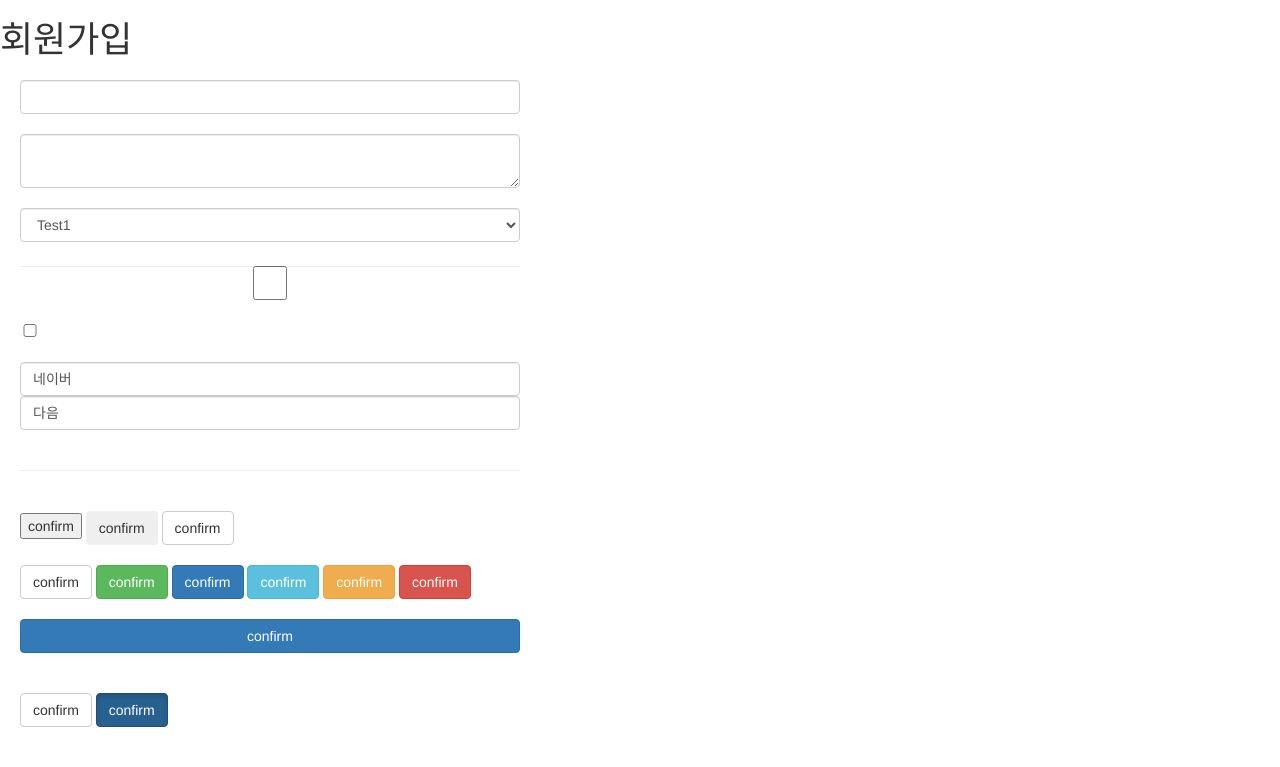
Repository: yhj4130/BootstrapStudy
Page: BootstrapWork/WebContent/BootEx03.html
These files come from the project's save history. The page is drawn as it stood at one moment and after the next save; the edit follows.
The browser window is 1280 px wide. The pictures show the whole page.

Above is the page before, as saved 2019-06-12 02:23:12.

After the next save:
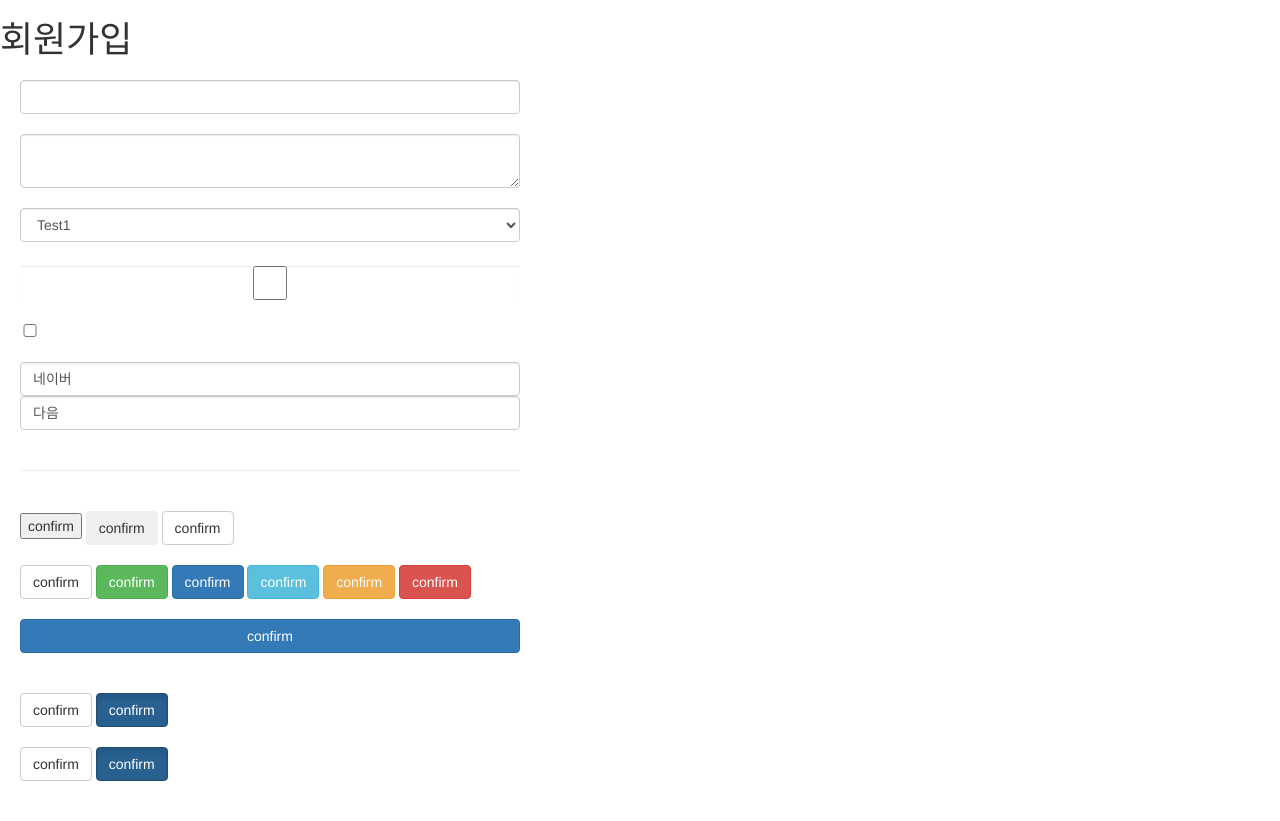
Saved 10 s later.
--- a/BootstrapWork/WebContent/BootEx03.html
+++ b/BootstrapWork/WebContent/BootEx03.html
@@ -61,6 +61,9 @@
 	<input type="button" value="confirm" class="btn btn-primary active">
 	<br><br>
 
+	<input type="button" value="confirm" class="btn btn-default">
+	<input type="button" value="confirm" class="btn btn-primary active">
+	<br><br>
 
 </form>
 
